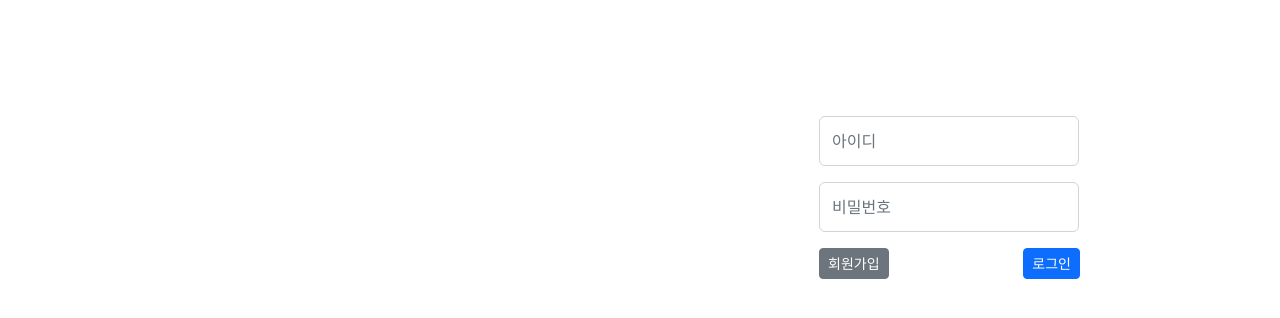
Repository: kokoko12334/myvocab-toy
Page: http://localhost/myVocabularyList/home.jsp
An editor plug-in stored every save of this project. The page is shown before and after the next save, followed by the edit.
The browser window is 1280 px wide. The pictures show the whole page.
The page is served by Tomcat 9.

Above is the page before, as saved 2023-04-08 04:36:30.

After the next save:
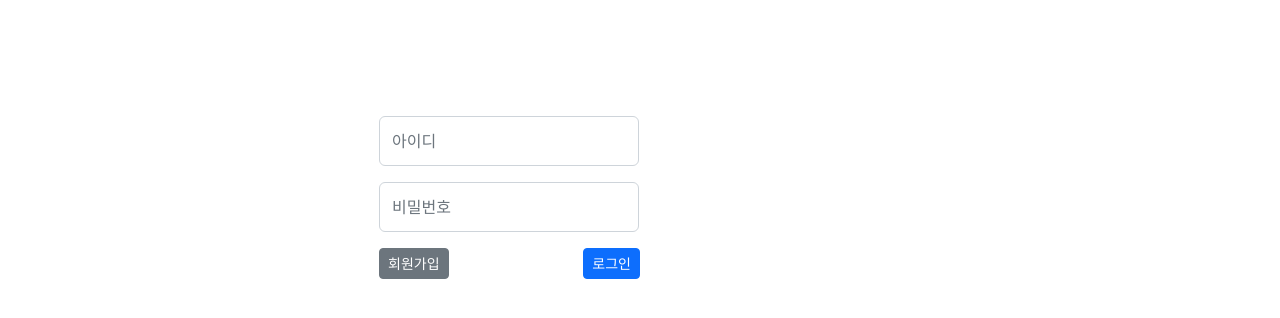
Saved 33 s later.
--- a/myVocabularyList/src/main/webapp/home.jsp
+++ b/myVocabularyList/src/main/webapp/home.jsp
@@ -14,7 +14,7 @@
 
 <body>
 
-	<div  style="float: right;margin-right:200px;margin-top: 100px;text-align:right" >
+	<div  style="float: right;margin-right:50%;margin-top: 100px;text-align:right" >
 
 		<form action = "/login" method = "post" style="height: 164px;width: 261px;">
 			<input class="form-control my-3" style = "height:50px; width: 260px;" type = "text" name = "id" placeholder = "아이디">
